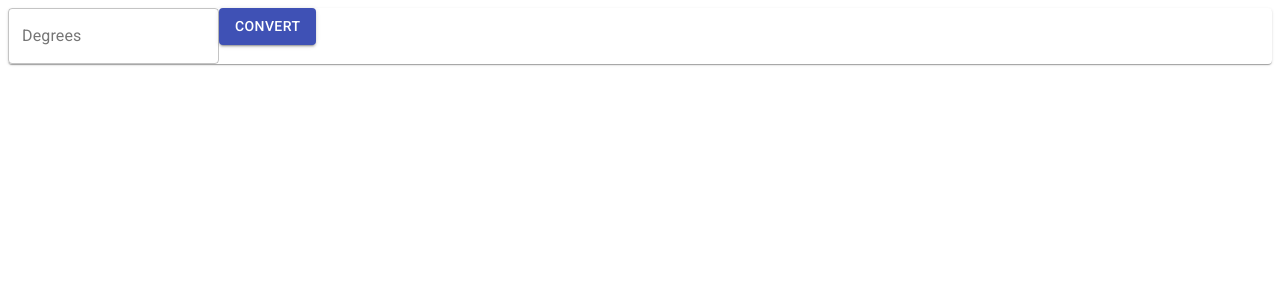
Repository: zum281/temperature-converter
Page: /
These files come from the project's save history. The page is drawn as it stood at one moment and after the next save; the edit follows.
The browser window is 1280 px wide. The pictures show the whole page.
The project was rebuilt for these pictures with package versions that can differ from the ones it lists, and the page was loaded fresh each time. Also part of the build but not shown: src/index.css.

Above is the page before, as saved 2021-07-09 13:14:01.

After the next save:
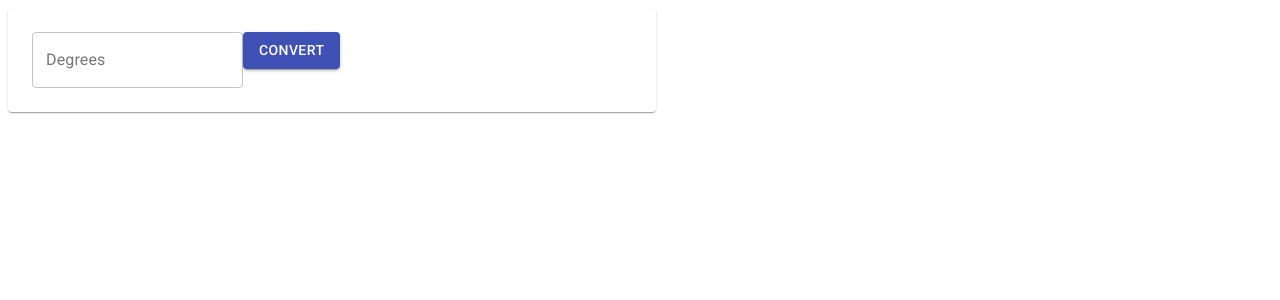
Saved 19 s later.
--- a/src/App.js
+++ b/src/App.js
@@ -17,9 +17,10 @@ const useStyles = makeStyles((theme) => {
 });
 
 function App() {
+    const classes = useStyles();
     return (
         <div className="App">
-            <Paper>
+            <Paper className={classes.paper}>
                 <form noValidate autoComplete="off">
                     <FormControl variant="outlined">
                         <InputLabel htmlFor="degrees">Degrees</InputLabel>
